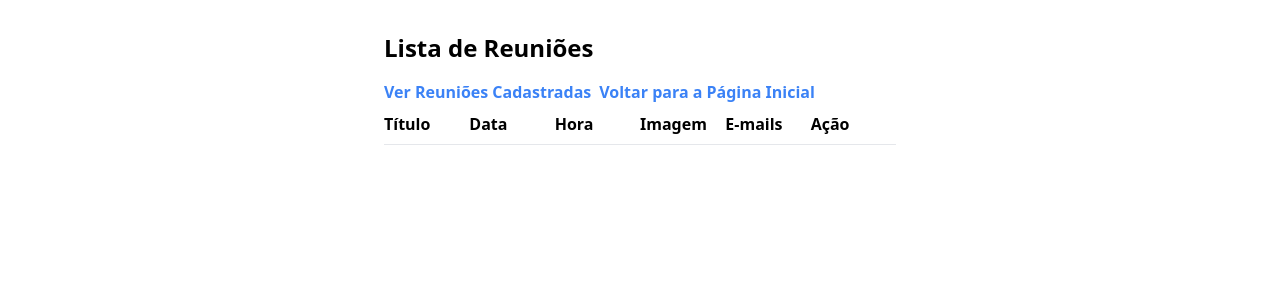
Repository: TamiBeira/meeting
Page: /meetings
The author's editor kept a copy of each file at every save. The page is drawn from the files as they stood at one save, then again after the next save.
The browser window is 1280 px wide. The pictures show the whole page.
The project was rebuilt for these pictures with package versions that can differ from the ones it lists, and the page was loaded fresh each time. Also part of the build but not shown: vite.config.ts, src/contexts/FormContext.tsx, src/components/Form.tsx, src/components/HomePage.tsx.

Above is the page before, as saved 2024-02-26 23:12:22.

After the next save:
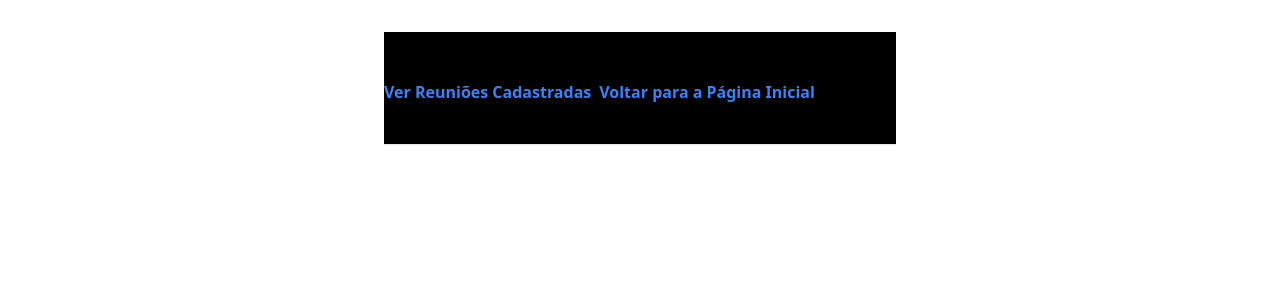
Saved 15 s later.
--- a/src/components/MeetingsView.tsx
+++ b/src/components/MeetingsView.tsx
@@ -16,7 +16,7 @@
   } = useMeetingsContext();
 
   return (
-    <div className="max-w-lg mx-auto mt-8 w-full">
+    <div className="max-w-lg mx-auto mt-8 w-full bg-black">
       <h2 className="text-2xl font-bold mb-4">Lista de Reuniões</h2>
       <div className="mt-4">
         <Link to="/meetings" className="text-blue-500 font-bold mr-2">Ver Reuniões Cadastradas</Link>

After the save that followed:
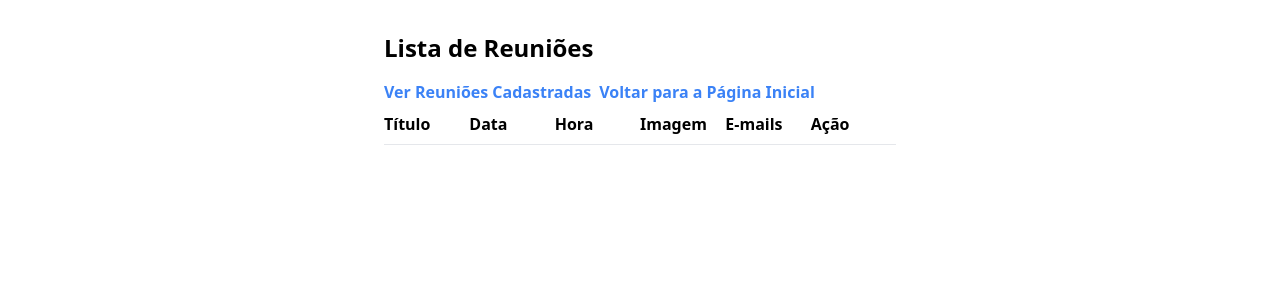
Saved 8 s later.
--- a/src/components/MeetingsView.tsx
+++ b/src/components/MeetingsView.tsx
@@ -16,7 +16,7 @@
   } = useMeetingsContext();
 
   return (
-    <div className="max-w-lg mx-auto mt-8 w-full bg-black">
+    <div className="max-w-lg mx-auto mt-8 w-full">
       <h2 className="text-2xl font-bold mb-4">Lista de Reuniões</h2>
       <div className="mt-4">
         <Link to="/meetings" className="text-blue-500 font-bold mr-2">Ver Reuniões Cadastradas</Link>
